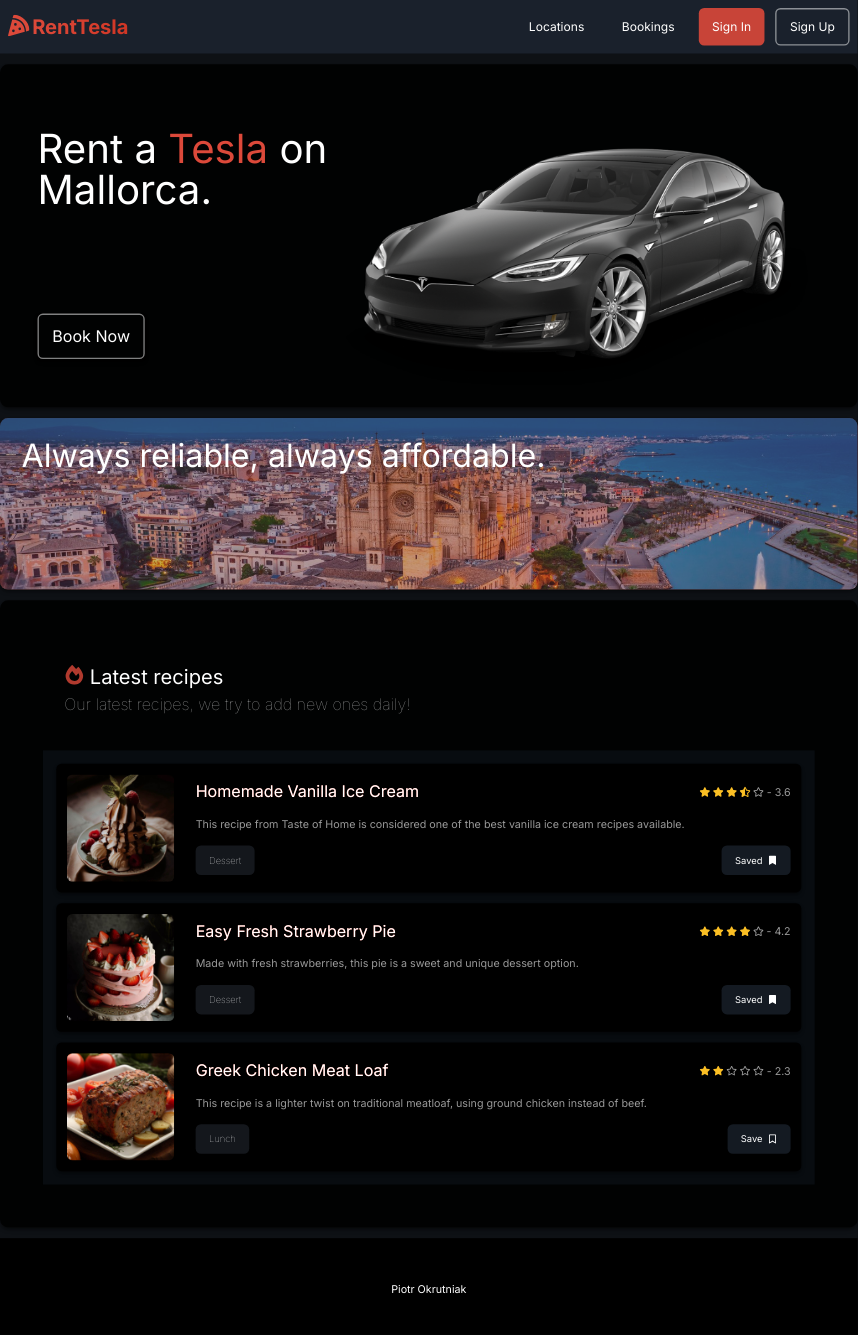
Repository: piotrokrutniak/RentallApp.UI
Page: /
The author's editor kept a copy of each file at every save. The page is drawn from the files as they stood at one save, then again after the next save.
The browser window is 1280 px wide. The pictures show the whole page, at 67% of full size.
The project was rebuilt for these pictures with package versions that can differ from the ones it lists, and the page was loaded fresh each time. The framework's server and built-in components were replaced by stand-ins that run in the browser. Also part of the build but not shown: next.config.js.

Above is the page before, as saved 2023-10-05 21:15:20.

### src/app/layout.tsx
import './globals.css'
import type { Metadata } from 'next'
import { Inter } from 'next/font/google'
import NavBar from './components/navbar/navbar'
import Footbar from './components/footbar/footbar'

const inter = Inter({ subsets: ['latin'] })

export const metadata: Metadata = {
  title: 'Recipefy',
  description: 'Website with the tastiest recipes!',
}

export default function RootLayout({
  children,
}: {
  children: React.ReactNode
}) {
  return (
    <html lang="en">
      <body className={`${inter.className} bg-black`}>
        <div className="bg-slate-600/20 min-h-screen pb-4">
        <NavBar/>
        {children}
        </div>
        <Footbar/>
      </body>
    </html>
  )
}

### src/app/page.tsx
import Image, { StaticImageData } from 'next/image'
import { FaMugHot, FaCookieBite, FaHamburger, FaFireAlt, FaBookmark, FaRegBookmark } from 'react-icons/fa'
import CookingSvg from './components/svgComponents/CookingSvg'
import Rating from './components/generic/rating'
import Button from './components/generic/button'
import tesla from '../../public/media/tesla-mirrored.png'
import lunch from '../../public/media/mallorca-view.jpg'
import dessert from '../../public/media/dessert.jpg'
import strawberryCake from '../../public/media/recipes/strawberryCake.jpg'
import greekMeatLoaf from '../../public/media/recipes/greekMeatLoaf.jpg'
import vanillaIceCream from '../../public/media/recipes/vanillaIceCream.jpg'
import { useState } from 'react'
import { RecipeListing } from './components/generic/recipeListing'
import { Input } from 'postcss'
import SearchBar from './components/generic/searchBar'

export default function Home() {
  return (
    <main className="flex flex-col m-auto gap-4">
      <section id="header-section" className='max-w-7xl bg-black/90 m-auto w-full px-14 py-8 rounded-xl mt-4 shadow-md shadow-black/40'>
        <div className="sm:p-8 pb-14 flex justify-between">

        </div>
        <div className='w-full flex justify-between'>
          <div className="flex flex-col gap-10 justify-between pb-10 text-white">
          <h1 className="text-5xl md:text-6xl"> Rent a <span className="text-vermilion-400">Tesla</span> on Mallorca. </h1>
          <Button className="w-fit py-4 rounded-lg shadow-md shadow-black hover:bg-vermilion-500 bg-transparent capitalize border-white/50 hover:border-vermilion-500 border-2 text-2xl">
            Book Now
          </Button>
          </div>
          <div className="relative w-full h-96 left-0 flex gap-10 pt-3 overflow-x-auto m-auto justify-around select-none pb-10">
              <Image src={tesla} layout="fill" objectFit="contain" alt="Breakfast Photo" className="h-96 group-hover:opacity-50"/>

          </div>
        </div>
      </section>

      <section id="searchbar-section" className='overflow-clip max-w-7xl relative bg-red-400/40 px-7 h-64 m-auto w-full  p-8 sm:px-16 rounded-xl shadow-md shadow-black/40 flex-col'>
        <Image src={lunch} layout="fill" objectFit="cover" alt="Breakfast Photo" className="w-full opacity-60 group-hover:opacity-50"/>
        <h1 className="absolute text-5xl z-10 text-white top-0 left-0 p-8">Always reliable, always affordable.</h1>
      </section>

      <section id="top-picks-section" className='max-w-7xl bg-black/90 m-auto w-full sm:p-8 rounded-xl shadow-md shadow-black/40 flex-col'>
        <div className="lg:p-8 pb-14 flex flex-col gap-5">
          <div className="p-8">
            <h1 className="text-3xl text-white flex gap-2 pb-2" > <FaFireAlt className="opacity-80 fill-vermilion-400"/> Latest recipes</h1>
            <p className="text-2xl font-thin text-white/60 flex gap-2" > Our latest recipes, we try to add new ones daily!</p>
          </div>
          <div className="w-full h-fit p-5 bg-slate-800/25 flex flex-col gap-4">
            <RecipeListing title="Homemade Vanilla Ice Cream"
              desc="This recipe from Taste of Home is considered one of the best vanilla ice cream recipes available."
              image={vanillaIceCream}
              rating={3.6}
              saved={true}
              tags={["Dessert"]}/>
            <RecipeListing title="Easy Fresh Strawberry Pie"
              desc="Made with fresh strawberries, this pie is a sweet and unique dessert option."
              image={strawberryCake}
              rating={4.2}
              saved={true}
              tags={["Dessert"]}/>
            <RecipeListing title="Greek Chicken Meat Loaf"
              desc="This recipe is a lighter twist on traditional meatloaf, using ground chicken instead of beef."
              image={greekMeatLoaf}
              rating={2.3}
              saved={false}
              tags={["Lunch"]}/>
          </div>
        </div>
      </section>
    </main>
  )
}

### src/app/globals.css
@tailwind base;
@tailwind components;
@tailwind utilities;

:root {}

@media (prefers-color-scheme: dark) {
  :root {}
}

body {}

### src/app/components/navbar/navbar.tsx
"use client"

import { FaPizzaSlice, FaBars } from "react-icons/fa"
import { BsX } from "react-icons/bs"
import Button from "../generic/button"
import { useState } from "react"
import Link from "next/link"


export default function NavBar(){
    const [showMobile, setShowMobile] = useState(false)

    return(
        <div className="bg-black/80 sticky top-0 z-20 backdrop-blur-xl">
            <div className="w-full flex bg-slate-700/50 ">
                <div className="p-3 m-auto w-full flex max-w-7xl justify-between items-center">
                    <Link href="/">
                    <div className="flex gap-1 h-fit select-none cursor-pointer active:opacity-80 hover:border-b-2 hover:pb-1 active:pb-0
                            border-opacity-0 border-vermilion-400 hover:border-opacity-100 border-b-0 transition-all">
                        <FaPizzaSlice className="h-full w-8 fill-vermilion-400"/>
                        <h1 className="text-3xl font-bold text-transparent bg-clip-text bg-gradient-to-r from-vermilion-400 to-vermilion-500">RentTesla</h1>
                    </div>
                    </Link>
                    <div className="hidden text-lg gap-4 md:flex">
                        <Button className="text-white bg-transparent active:bg-slate-100/5 hover:bg-slate-100/5 shadow-black/40 hover:shadow-md"
                            onClick={undefined}>
                            Locations
                        </Button>
                        <Button className="text-white bg-transparent active:bg-slate-100/5 hover:bg-slate-100/5 shadow-black/40 hover:shadow-md"
                            onClick={undefined}>
                            Bookings
                        </Button>
                        <Button className="text-white bg-vermilion-400 shadow-black/40 hover:shadow-md"
                            onClick={undefined}>
                            Sign In
                        </Button>
                        <Button className="text-white bg-transparent capitalize border-2 border-white/50 hover:border-vermilion-400 hover:text-vermilion-400
                            active:opacity-80 shadow-black/40 hover:shadow-md"
                            onClick={undefined}>
                            Sign Up
                        </Button>
                    </div>
                    <div className="md:hidden">
                        <FaBars className="h-10 w-10 fill-white cursor-pointer hover:fill-vermilion-400 active:opacity-80" onClick={() => setShowMobile(true)}/>
                    </div>
                    <div className={`${showMobile ? "" : "translate-x-full"} absolute w-screen h-screen bg-black left-0 top-0 md:hidden transition-all z-50 ease-in-out`}>
                    <div id="mobile-header" className="flex flex-row-reverse w-full">
                        <BsX className="fill-white w-16 h-16 cursor-pointer hover:fill-vermilion-400" onClick={() => setShowMobile(false)}/>
                    </div>
                    <div id="mobile-body">XDDDDDDDDDDDDDDDDD</div>
                    </div>
                </div>
            </div>
        </div>
    )
}

### src/app/components/footbar/footbar.tsx
export default function Footbar(){
    return(
        <div className="w-full h-20 bg-black mt-16 text-center text-white">
            Piotr Okrutniak
        </div>
    )
}

### src/app/components/generic/button.tsx
import { MouseEventHandler } from "react";

export default function Button({ children, className, onClick, disabled } : { children: React.ReactNode, className: string, onClick: undefined | MouseEventHandler<HTMLButtonElement>, disabled?: boolean }){
    return(
        <button className={`${className} px-5 py-3 rounded-lg bg-blue-500 bg-opacity-90 active:bg-opacity-80 hover:bg-opacity-100 cursor-pointer transition-all flex items-center gap-2 place-items-center`}
            onClick={onClick}
            disabled={disabled}>
            {children}
        </button>
    )
}

### src/app/components/generic/recipeListing.tsx
"use client";
import Image, { StaticImageData } from "next/image"
import Rating from "./rating"
import Button from "./button"
import { FaMugHot, FaCookieBite, FaHamburger, FaFireAlt, FaBookmark, FaRegBookmark } from 'react-icons/fa'
import { useState } from "react"

export function RecipeListing({rating = 0, title, desc, tags, image, saved,}:
    {rating: number | undefined, title: string | undefined, desc: string | undefined, tags: string[], image: StaticImageData | string, saved: boolean }){
      const [isSaved, setSaved] = useState(saved)

      return(
        <div className="w-full p-4 md:h-48 bg-black hover:bg-slate-500/20 rounded-lg shadow-md shadow-black/40 flex flex-col md:flex-row md:justify-between gap-8 items-center text-white group">
          <div className='h-64 w-full md:w-40 md:h-40 shrink-0 rounded-lg overflow-hidden relative cursor-pointer'>
            <Image src={image} layout="fill" objectFit="cover" alt="Breakfast Photo"/>
          </div>
          <div className="h-fit w-full items-center">
            <div className="flex justify-between items-center">
              <h1 className="text-2xl cursor-pointer bg-clip-text hover:text-transparent bg-gradient-to-r from-vermilion-500 to-vermilion-400">{title ?? "Recipe Name"}</h1>
              <Rating rating={rating}/>
            </div>
            <div className="flex justify-between items-center pt-5">
              <p className="text-white/60">{desc ?? "Description"}</p>
            </div>
            <div className="flex justify-between items-center pt-5">
              {tags.map(x => <Button className="bg-slate-500/20 hover:bg-slate-500/40 text-sm font-thin py-1" onClick={undefined}>{x}</Button>)}
              <Button className="bg-slate-700/40 hover:bg-vermilion-500/90 active:opacity-80 text-sm font-normal py-1 transition-all flex items-center gap-2"
                onClick={() => setSaved(x => !x)}>
                {isSaved ? <>Saved <FaBookmark/></> : <>Save <FaRegBookmark/></>}
                </Button>
            </div>
          </div>
        </div>
      )
  }

### src/app/components/generic/rating.tsx
import { FaStar, FaStarHalf, FaStarHalfAlt, FaRegStar} from 'react-icons/fa'
import { IconType } from 'react-icons'

export default function Rating({rating = 0,}: {rating: number | undefined | void}){
    const defaultRating: boolean[] = [false, false, false, false, false]

    const initRating: number = rating

    const ratings: React.JSX.Element[] = []

    for(let i: number = 0; i < 5; i++){
        rating >= 1 ?  ratings.push(<Star filled={true}/>) : ratings.push(rating >= 0.5 ? <HalfStar/> : <Star filled={false}/>)
        rating -= 1;
    }



    return(
        <div className="flex gap-1 items-center shrink-0 text-white/60">
            {ratings} - {initRating}
        </div>
    )
}

function Star({filled = false,}: {filled: boolean}){
    return filled ? <FaStar className="fill-amber-400"/> : <FaRegStar/>
}

function HalfStar(){
    return <FaStarHalfAlt className="fill-amber-400"/>
}

### tailwind.config.js
/** @type {import('tailwindcss').Config} */
module.exports = {
  content: [
    './src/pages/**/*.{js,ts,jsx,tsx,mdx}',
    './src/components/**/*.{js,ts,jsx,tsx,mdx}',
    './src/app/**/*.{js,ts,jsx,tsx,mdx}',
  ],
  theme: {
    extend: {
      backgroundImage: {
        'gradient-radial': 'radial-gradient(var(--tw-gradient-stops))',
        'gradient-conic':
          'conic-gradient(from 180deg at 50% 50%, var(--tw-gradient-stops))',
      },
      height:{
        '112': '28rem',
        '128': '32rem',
      },
      width:{
        '112': '28rem',
        '128': '32rem',
      },
      colors:{
        "emerald":{
          "50": "#b0fde8",
          "100": "#60FBD2",
          "200": "#24F9C1",
          "400": "#06EFB1",
          "500": "#06d6a0",
        },
        "paygray":{
          "50": "#CED9DE",
          "100": "#aabcc5",
          "200": "#7996A4",
          "400": "#638292",
          "500": "#5A7684",
        },
        "vermilion":{
          "50": "#f0afa8",
          "100": "#ea8f85",
          "200": "#E06052",
          "400": "#dc493a",
          "500": "#d03625",
        },

      },
      minWidth:{
        'mobile': '360px',
        '54': '258px',
      },
      screens:{
        'xs': '580px',
        '850': '850px',
      },
    },
  },
  plugins: [],
}

After the next save:
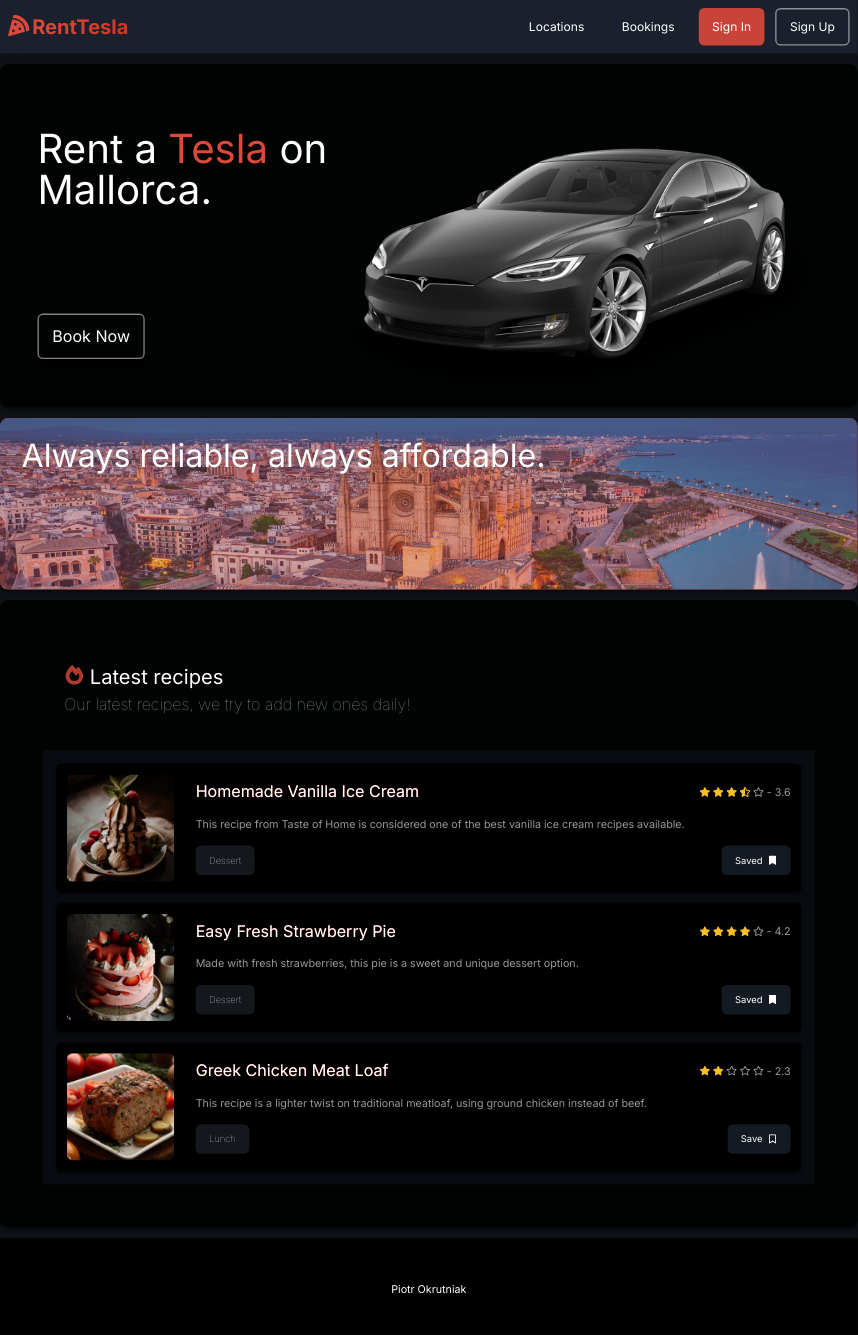
Saved 7 s later.
--- a/src/app/page.tsx
+++ b/src/app/page.tsx
@@ -35,7 +35,7 @@
         </div>
       </section>
 
-      <section id="searchbar-section" className='overflow-clip max-w-7xl relative bg-red-400/40 px-7 h-64 m-auto w-full  p-8 sm:px-16 rounded-xl shadow-md shadow-black/40 flex-col'>
+      <section id="searchbar-section" className='overflow-clip max-w-7xl relative bg-red-400/70 px-7 h-64 m-auto w-full  p-8 sm:px-16 rounded-xl shadow-md shadow-black/40 flex-col'>
         <Image src={lunch} layout="fill" objectFit="cover" alt="Breakfast Photo" className="w-full opacity-60 group-hover:opacity-50"/>
         <h1 className="absolute text-5xl z-10 text-white top-0 left-0 p-8">Always reliable, always affordable.</h1>
       </section>

After the 2 saves that followed:
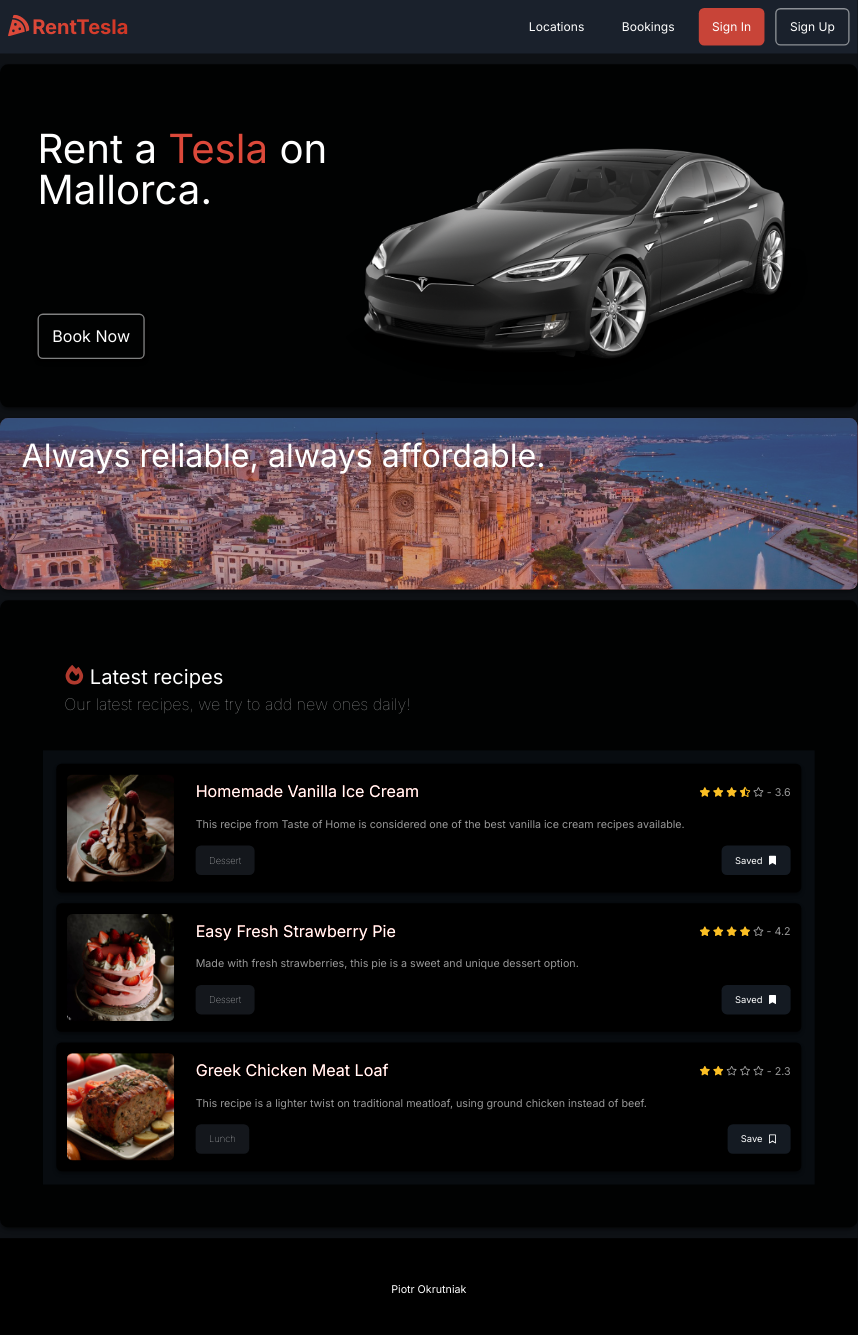
The 2 saves are shown as one change because they came seconds apart.
The last was saved 8 s later.
--- a/src/app/page.tsx
+++ b/src/app/page.tsx
@@ -35,7 +35,7 @@
         </div>
       </section>
 
-      <section id="searchbar-section" className='overflow-clip max-w-7xl relative bg-red-400/70 px-7 h-64 m-auto w-full  p-8 sm:px-16 rounded-xl shadow-md shadow-black/40 flex-col'>
+      <section id="searchbar-section" className='overflow-clip max-w-7xl relative bg-red-400/50 px-7 h-64 m-auto w-full  p-8 sm:px-16 rounded-xl shadow-md shadow-black/40 flex-col'>
         <Image src={lunch} layout="fill" objectFit="cover" alt="Breakfast Photo" className="w-full opacity-60 group-hover:opacity-50"/>
         <h1 className="absolute text-5xl z-10 text-white top-0 left-0 p-8">Always reliable, always affordable.</h1>
       </section>
